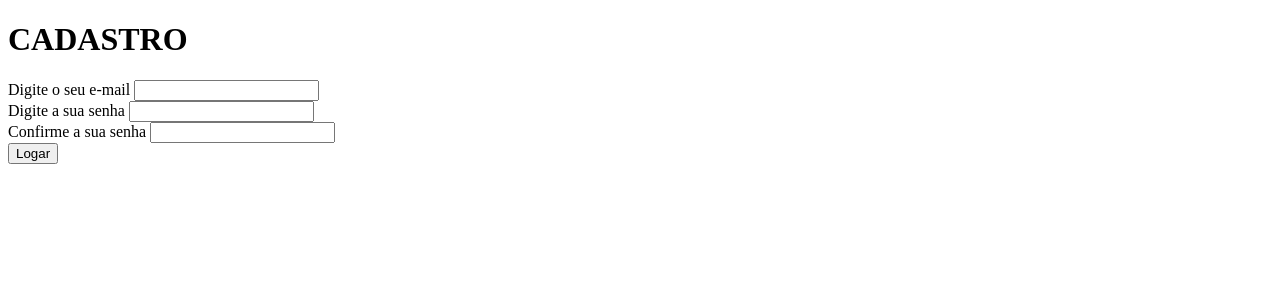
Repository: leviviana21/Java-web-login
Page: http://localhost/conexao_bd/
An editor plug-in stored every save of this project. The page is shown before and after the next save, followed by the edit.
The browser window is 1280 px wide. The pictures show the whole page.
The page is served by Tomcat 9. Other server files are loaded and not shown.

Above is the page before, as saved 2025-06-19 18:31:30.

### conexao_bd/src/main/webapp/index.jsp
<%@ page language="java" contentType="text/html; charset=UTF-8"
    pageEncoding="UTF-8"%>
<!DOCTYPE html>
<html>
<head>
<meta charset="UTF-8">
<title>Insert title here</title>
</head>
<body>

<%
	if(request.getAttribute("error") != null){
%>
	<p><% out.print(request.getAttribute("msg").toString()); %></p>
<%
	}
%>

	<h1>CADASTRO</h1>
		<form action="cadastro" method="post">
			<label>Digite o seu e-mail</label>
			<input type="email" name="txtEmail">
			<br>
			<label>Digite a sua senha</label>
			<input type="password" name="txtSenha">
			<br>
        	<label>Confirme a sua senha</label>
			<input type="password" name="txtSenhaConfirmacao">
			<br>
			<input type="submit" value="Logar">
		</form>

</body>
</html>

After the next save:
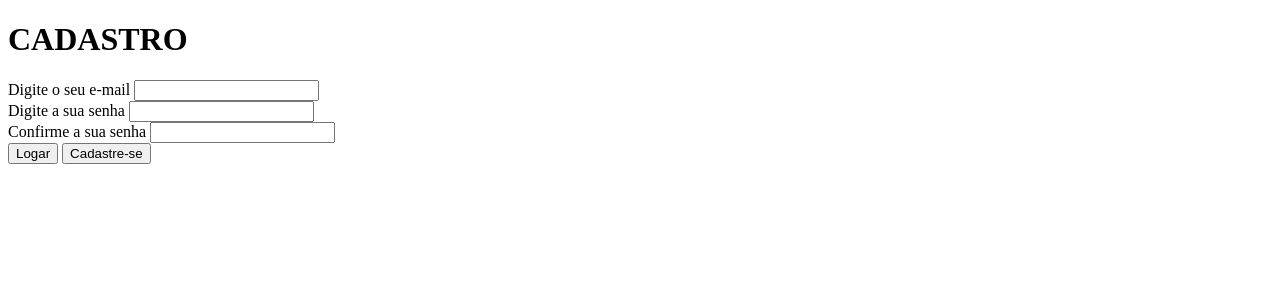
Saved 4 min 21 s later.
--- a/conexao_bd/src/main/webapp/index.jsp
+++ b/conexao_bd/src/main/webapp/index.jsp
@@ -28,6 +28,7 @@
 			<input type="password" name="txtSenhaConfirmacao">
 			<br>
 			<input type="submit" value="Logar">
+			<input type="submit" value="Cadastre-se">
 		</form>
 
 </body>
